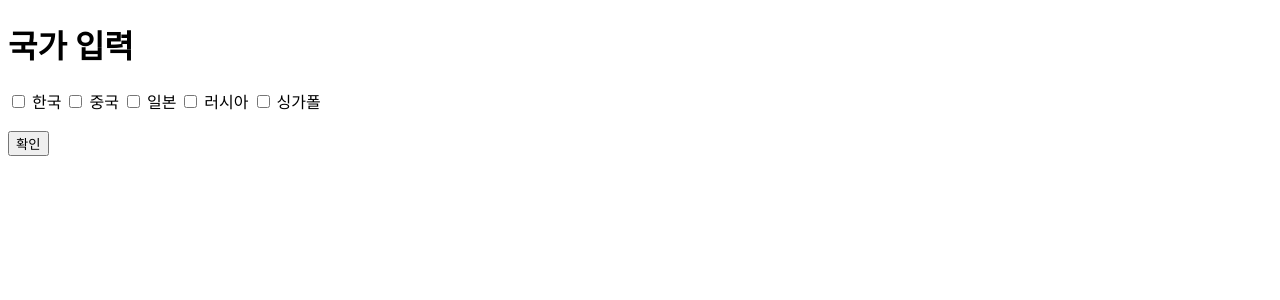
Repository: Jh1227/JSP
Page: http://localhost/13_JSTL/ex06_form.jsp
An editor plug-in stored every save of this project. The page is shown before and after the next save, followed by the edit.
The browser window is 1280 px wide. The pictures show the whole page.
The page is served by Tomcat 9. Other server files are loaded and not shown.

Above is the page before, as saved 2023-04-11 03:01:38.

### 13_JSTL/src/main/webapp/ex06_form.jsp

<!-- ex06_form.jsp -->

<%@ page language="java" contentType="text/html; charset=UTF-8"
    pageEncoding="UTF-8"%>
<!DOCTYPE html>
<html>
<head>
<meta charset="UTF-8">
<title>ex06_form.jsp</title>
<!--
	# 체크된 항목의 국가를 'ex06_forEach.jsp' 에서 출력하세요
	  - 전체 항목수는 5개 이상

	# 출력한 단 값을 입력받고, 해당 단의 값을 'ex06_forEach.jsp' 에서 출력하세요
-->
</head>
<body>
	<h1>국가 입력</h1>
	<form action="ex06_forEach.jsp" method ="get">
		<input type ="checkbox" name ="country" value ="한국"> 한국
		<input type ="checkbox" name ="country" value ="중국"> 중국
		<input type ="checkbox" name ="country" value ="일본"> 일본
		<input type ="checkbox" name ="country" value ="러시아"> 러시아
		<input type ="checkbox" name ="country" value ="싱가폴"> 싱가폴
		<br><br>
		<input type ="submit" value ="확인">
	</form>
</body>
</html>

After the next save:
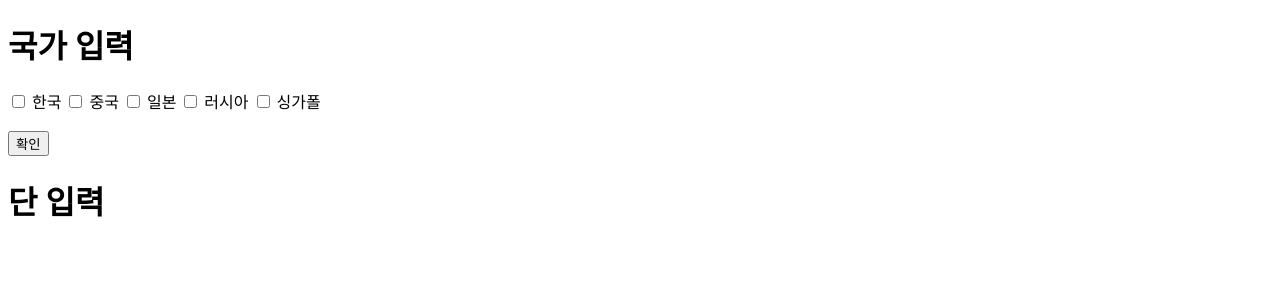
Saved 18 s later.
--- a/13_JSTL/src/main/webapp/ex06_form.jsp
+++ b/13_JSTL/src/main/webapp/ex06_form.jsp
@@ -26,5 +26,10 @@
 		<br><br>
 		<input type ="submit" value ="확인">
 	</form>
+
+	<h1>단 입력</h1>
+	<form action="">
+
+	</form>
 </body>
 </html>
